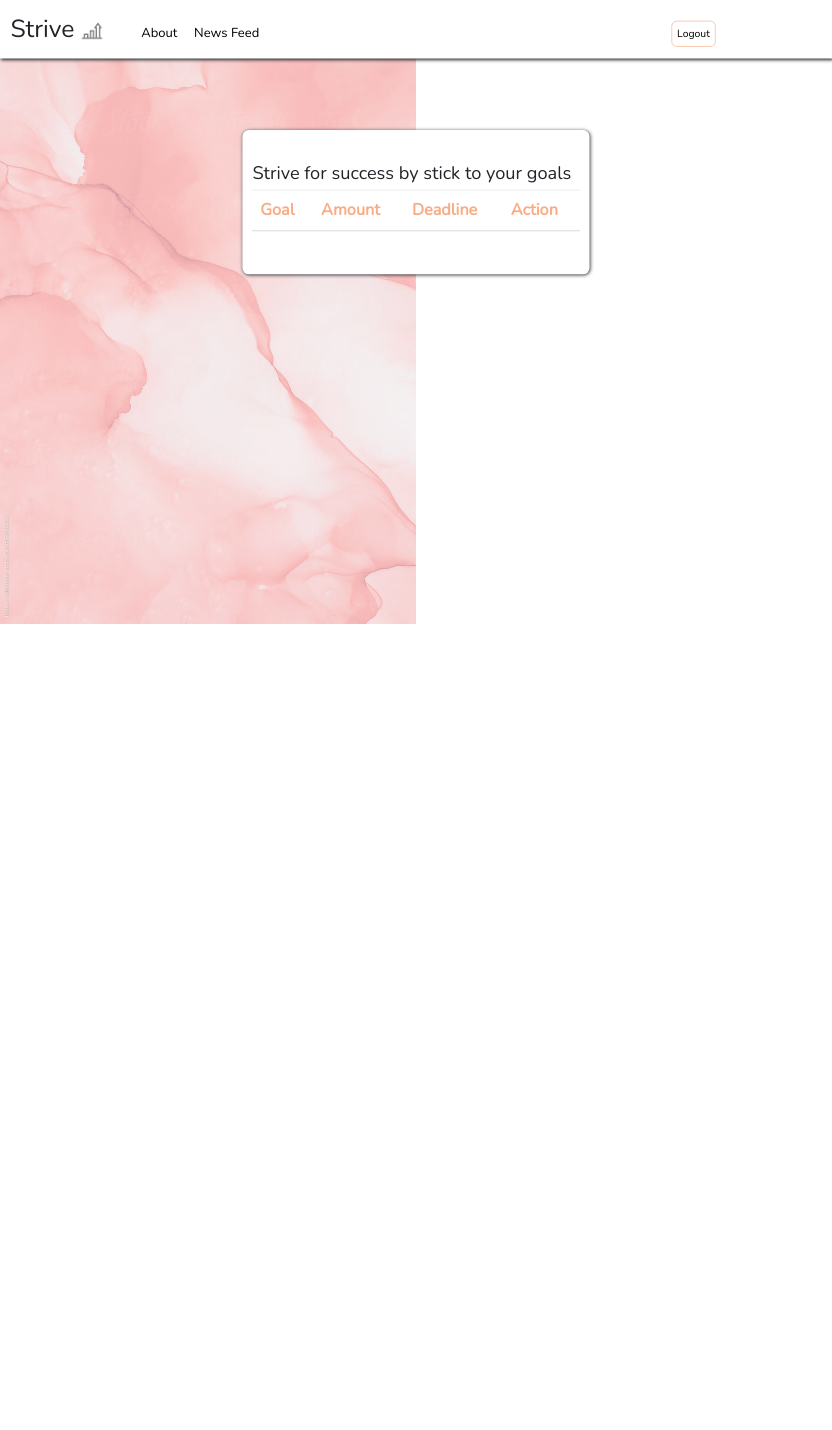
Repository: NoraOK/Strive
Page: http://localhost/strive/WEB-INF/strive/allGoals.jsp
The author's editor kept a copy of each file at every save. The page is drawn from the files as they stood at one save, then again after the next save.
The browser window is 1280 px wide. The pictures show the whole page, at 65% of full size.
The page is served by Tomcat 9. Nobody is signed in. Other server files are loaded and not shown. The template is opened directly, without the code that normally fills it, so the values that code supplies are empty.

Above is the page before, as saved 2019-12-20 09:25:42.

### strive/src/main/webapp/WEB-INF/strive/allGoals.jsp
<%@ page language="java" contentType="text/html; charset=UTF-8"
	pageEncoding="UTF-8"%>
<%@ taglib prefix="c" uri="http://java.sun.com/jsp/jstl/core"%>
<%@ taglib prefix="fmt" uri="http://java.sun.com/jsp/jstl/fmt"%>

<!DOCTYPE html>
<html>
<head>
<meta charset="UTF-8">
<title>Strive | Your Goals</title>
	<link rel="stylesheet" href="https://stackpath.bootstrapcdn.com/bootstrap/4.3.1/css/bootstrap.min.css" integrity="sha384-ggOyR0iXCbMQv3Xipma34MD+dH/1fQ784/j6cY/iJTQUOhcWr7x9JvoRxT2MZw1T" crossorigin="anonymous">
	<link href="/css/allGoals.css" rel="stylesheet" type="text/css"/>
	<link href="https://fonts.googleapis.com/css?family=Nunito&display=swap" rel="stylesheet">
</head>
<body>
	<div>
		<jsp:include page="header.jsp" />
	</div>
	<div class="body">
	<img src="/images/coral_abstract.jpg">
	<div class="container col-5 spotlight">
		<h3>Strive for success by stick to your goals</h3>
			<table class="table">
				<thead>
					<tr>
						<th>Goal</th>
						<th>Amount</th>
						<th>Deadline</th>
						<th>Action</th>
					</tr>
				</thead>
				<tbody>
					<c:forEach items="${user.goals}" var="goal">
						<tr>
							<td><a href="/oneGoal/${goal.id}"><c:out value="${goal.goalName}"/></a></td>
							<td><c:out value="${goal.totalGoalExpense}"/></td>
							<td><fmt:formatDate pattern="MMMM dd, yyyy" value="${goal.deadline}"/></td>
							<td>
								<form action="/deleteGoal/${goal.id}" method="post">
									<input type="hidden" name="_method" value="delete">
									<input type="submit" value="Delete">
								</form>
							</td>
						</tr>
					</c:forEach>
				</tbody>
			</table>
		</div>
	</div>
</body>
</html>

### strive/src/main/resources/static/css/allGoals.css
.body {
	padding-top: 200px;
    position: relative;
    overflow: hidden;
    height: 2200px;
    font-family:'Nunito', sans-serif;

}

.body img {
	background-color: rgba(232,114,17,1.0);
    position: absolute;
    left: 0;
    top: 0;
    width: 50%;
    height: auto;
    opacity: 0.4;
}

.spotlight{
	background-color: white;
	border-radius: 10px;
	box-shadow: 1px 1px 6px;
	padding: 50px;
}

.spotlight th{
	color: #F9AD86;
	font-size: 25px;
	color: #F9AD86;

}

.spotlight {

}

### strive/src/main/resources/static/css/header.css
header{
	box-shadow: 2px 2px 5px;
	height: 90px;
	z-index: 10;
    position: fixed;
    width: 100%;
    font-family:'Nunito', sans-serif;
    background-color: white;
}

.logo{
	font-size: 38px;

}
.header_img{
	background-color: white;
	width: 35px;
	opacity: .5;
}

.button{
	font-size: 17px;
	color: black;
}

.link {
	font-size: 20px;
	color: black;
}

a:link {
  text-decoration: none;
}

a:visited {
  text-decoration: none;
}

a:hover {
  text-decoration: none;
}

.logout_button{
	border: solid 1.5px #F9AD86;
	border-radius: 8px;
	padding:  8px;
	color: black;
}

.logout_button:hover {
	background-color: #F9AD86;
	color: white;
}

.buttons{
	margin-left: 50%;
}

.home_button{
	color: black;
}

Loaded but not shown: strive/src/main/webapp/WEB-INF/strive/header.jsp (common file)

After the next save:
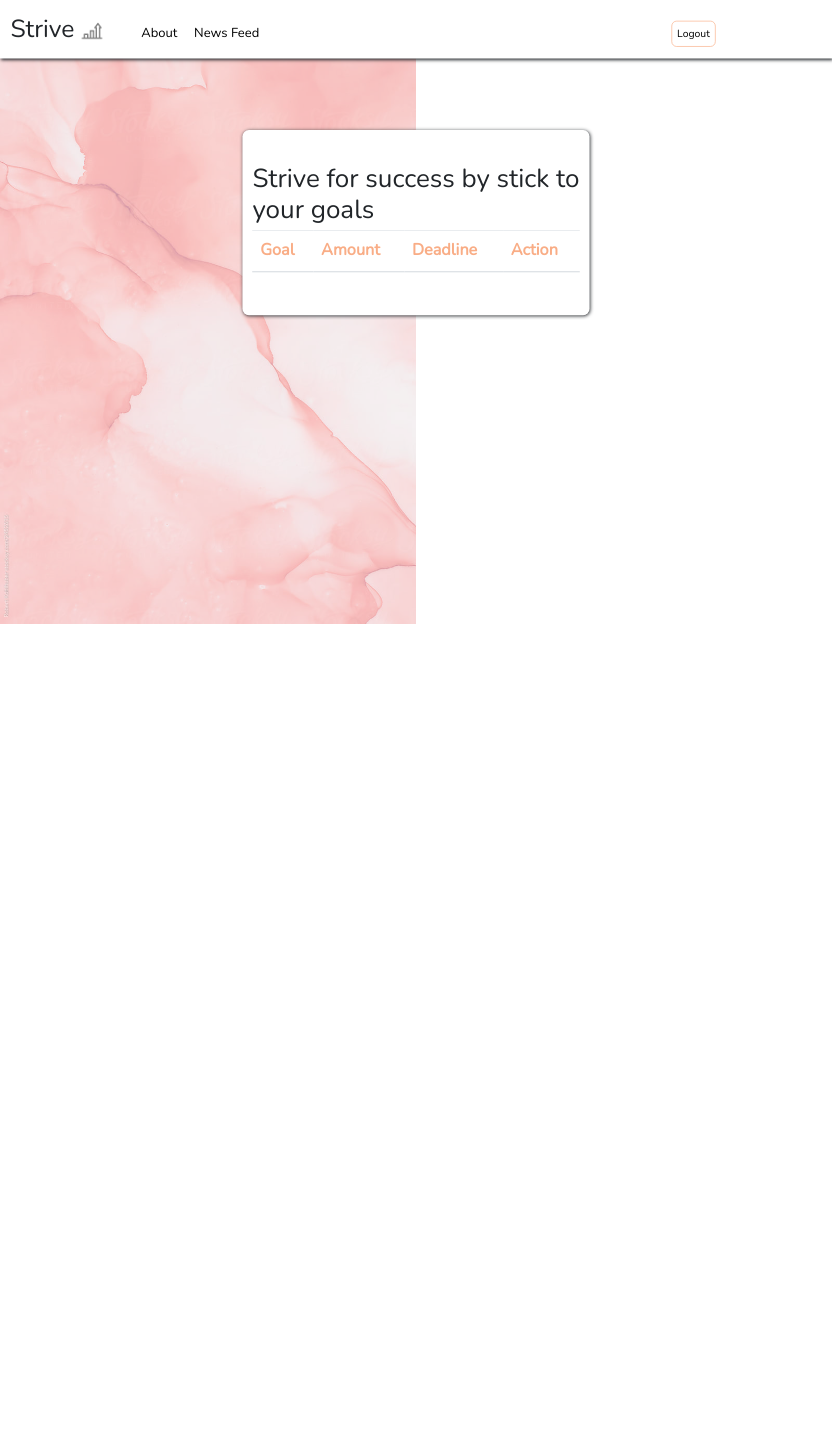
Saved 60 s later.
--- a/strive/src/main/webapp/WEB-INF/strive/allGoals.jsp
+++ b/strive/src/main/webapp/WEB-INF/strive/allGoals.jsp
@@ -19,7 +19,7 @@
 	<div class="body">
 	<img src="/images/coral_abstract.jpg">
 	<div class="container col-5 spotlight">
-		<h3>Strive for success by stick to your goals</h3>
+		<p class="h1">Strive for success by stick to your goals</p>
 			<table class="table">
 				<thead>
 					<tr>
